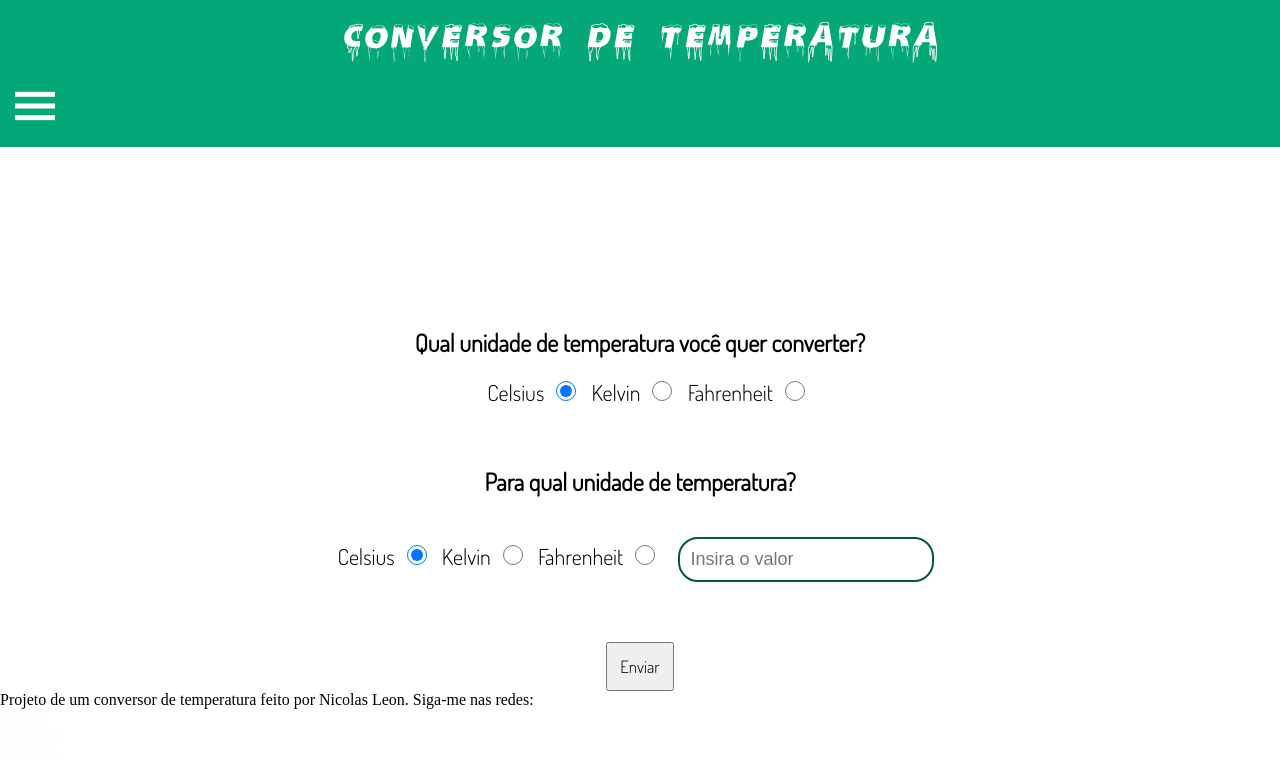
Repository: Leonngc/Conversor-de-temperatura
Page: index.html
An editor plug-in stored every save of this project. The page is shown before and after the next save, followed by the edit.
The browser window is 1280 px wide. The pictures show the whole page.
Some web libraries are served in a nearby version.

Above is the page before, as saved 2023-02-10 23:34:05.

After the next save:
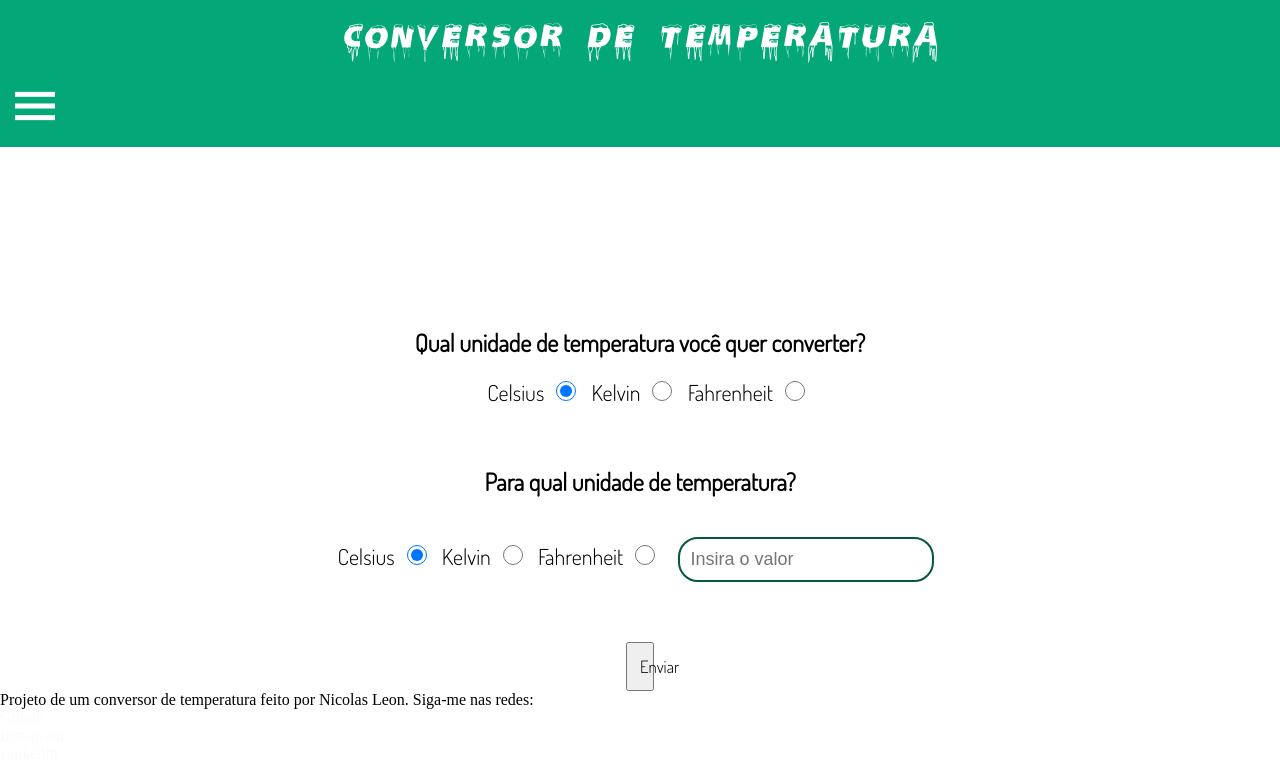
Saved 4 s later.
--- a/style.css
+++ b/style.css
@@ -108,5 +108,5 @@ label{
     font-family: var(--dosis);
     font-size: 17px;
     padding: 12px;
-    width: ;
+    width: 20px;
 }
